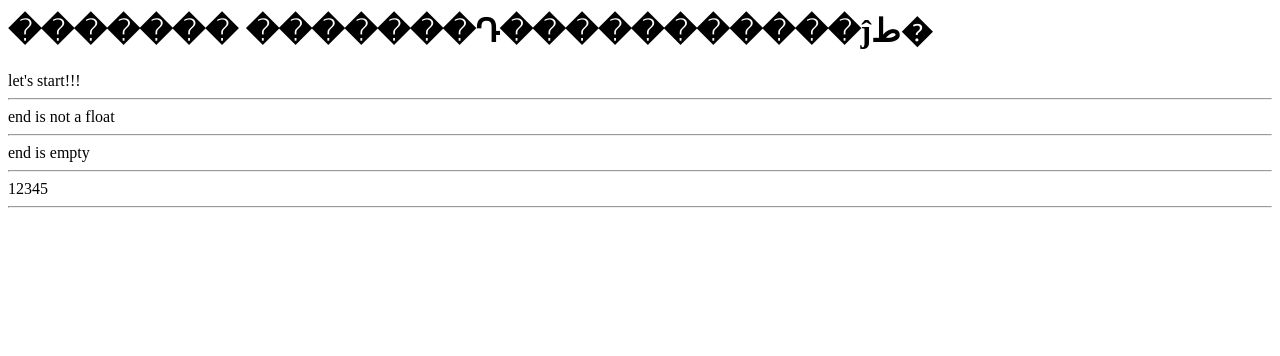
Repository: hanliyao/HelloWorld
Page: http://localhost/core/Common/testUnit.php
These files come from the project's save history. The page is drawn as it stood at one moment and after the next save; the edit follows.
The browser window is 1280 px wide. The pictures show the whole page.
The page is run by PHP 8.4 with error messages shown; the project is at /var/www/html/.

Above is the page before, as saved 2016-02-05 01:30:59.

### HelloWorld/core/Common/testUnit.php
<!DOCTYPE unspecified PUBLIC "-//W3C//DTD HTML 4.01 Transitional//EN" "http://www.w3.org/TR/html4/loose.dtd">

<html>
    <head>
        <title>덜쯤꿎桿묏야女충</title>
    </head>

    <body>
        <h1>侶몸꼬롸 痰윱꿎桿덜쯤櫓唐狂痙돨뒈렘</h1>
        <?php
            echo "let's start!!!<br>";
            echo "<hr>";
            $end = '';
            if(is_float($end))
            {
                echo "end is float<br>";
            }else {
                echo "end is not a float<br>";
            }
            echo "<hr>";

           //꿎桿$end 角뤠槨왕
           if(empty($end))
           {
               echo "end is empty<br>";
           }else {
               echo "end is not empty<br>";
           }
           echo "<hr>";

           //뚤鑒莉돨쏵契꿎桿
           $_info = array();
           $_start = 'hello';
           $_info[$_start] = 12345;
           echo "$_info[$_start]<br>";
           echo "<hr>";
           //繫법뚤鑒莉돨꿎桿，랙君鑒莉돨苟깊옵鹿角俚륜눔，
           //怜狼뒤랗늴못놔宮壇돨苟깊，橙옵鹿혤놔俚륜눔櫓돨코휭
        ?>
    </body>
</html>
<?php
?>

After the next save:
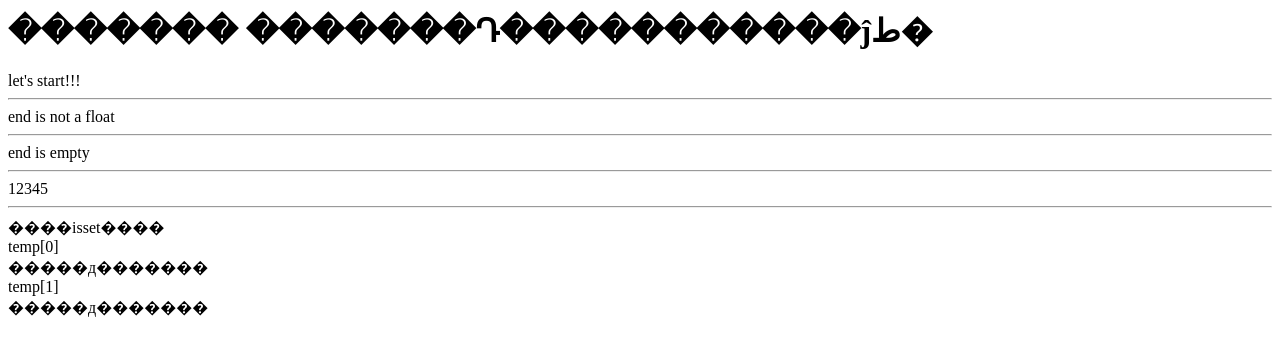
Saved 7 min 55 s later.
--- a/HelloWorld/core/Common/testUnit.php
+++ b/HelloWorld/core/Common/testUnit.php
@@ -36,8 +36,27 @@
            echo "<hr>";
            //繫법뚤鑒莉돨꿎桿，랙君鑒莉돨苟깊옵鹿角俚륜눔，
            //怜狼뒤랗늴못놔宮壇돨苟깊，橙옵鹿혤놔俚륜눔櫓돨코휭
+
+           //꿎桿isset변鑒
+           echo "꿎桿isset변鑒<br>";
+           $temp = array();
+           $temp[0]="hello world";
+           echo "temp[0]<br>";
+           if(isset($temp[0]))
+           {
+               echo "鑒莉櫓닸瞳鑒앴<br>";
+           }else {
+               echo "鑒莉櫓꼇닸瞳鑒앴<br>";
+           }
+           echo "temp[1]<br>";
+           if(isset($temp[0]))
+           {
+               echo "鑒莉櫓닸瞳鑒앴<br>";
+           }else {
+               echo "鑒莉櫓꼇닸瞳鑒앴<br>";
+           }
+
+
         ?>
     </body>
 </html>
-<?php
-?>
